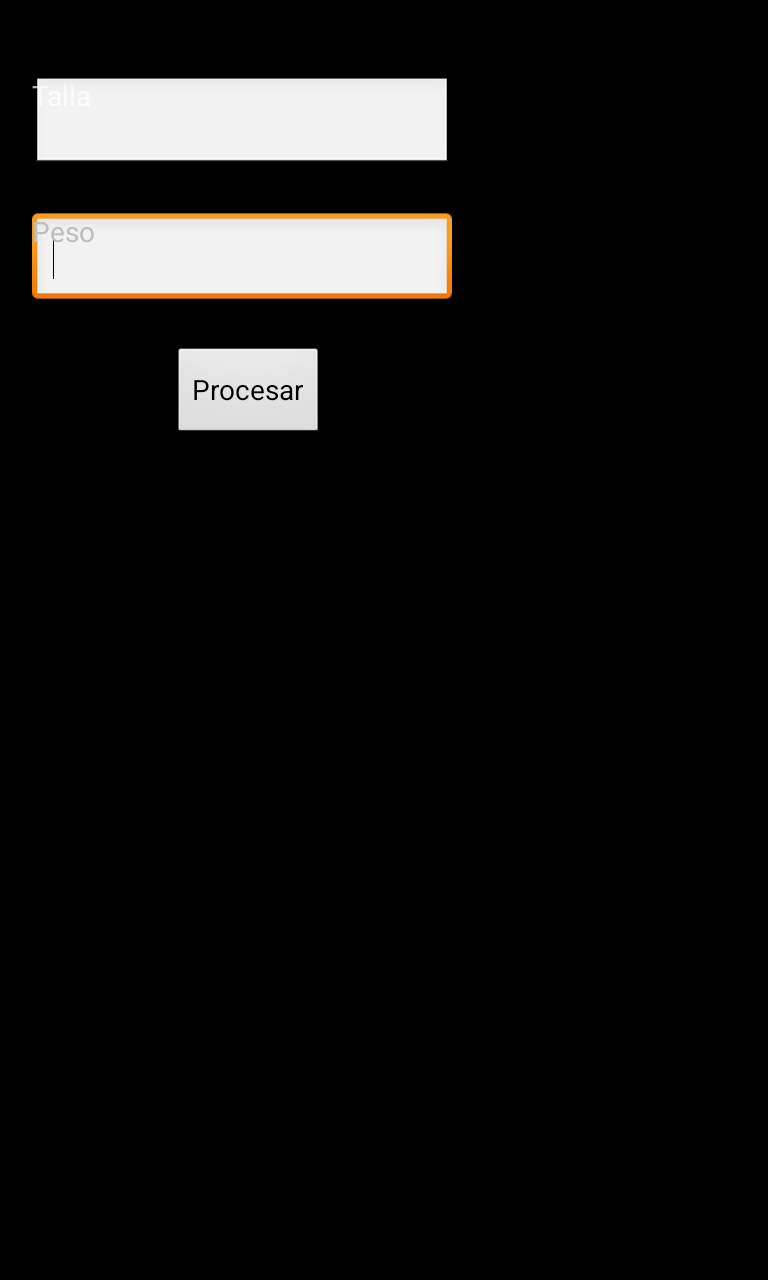
Repository: i1112928/semana02
Layout: semana02/res/layout/activity_pantalla2.xml
These files come from the project's save history. The layout is drawn as it stood at one moment and after the next save; the edit follows.
It is drawn on a 768 x 1280 px phone screen (xhdpi) without system bars, with theme android:Theme; the app's code is not run. Lists and similar views that code fills are empty.

Above is the layout before, as saved 2015-05-31 16:42:26.

After the next save:
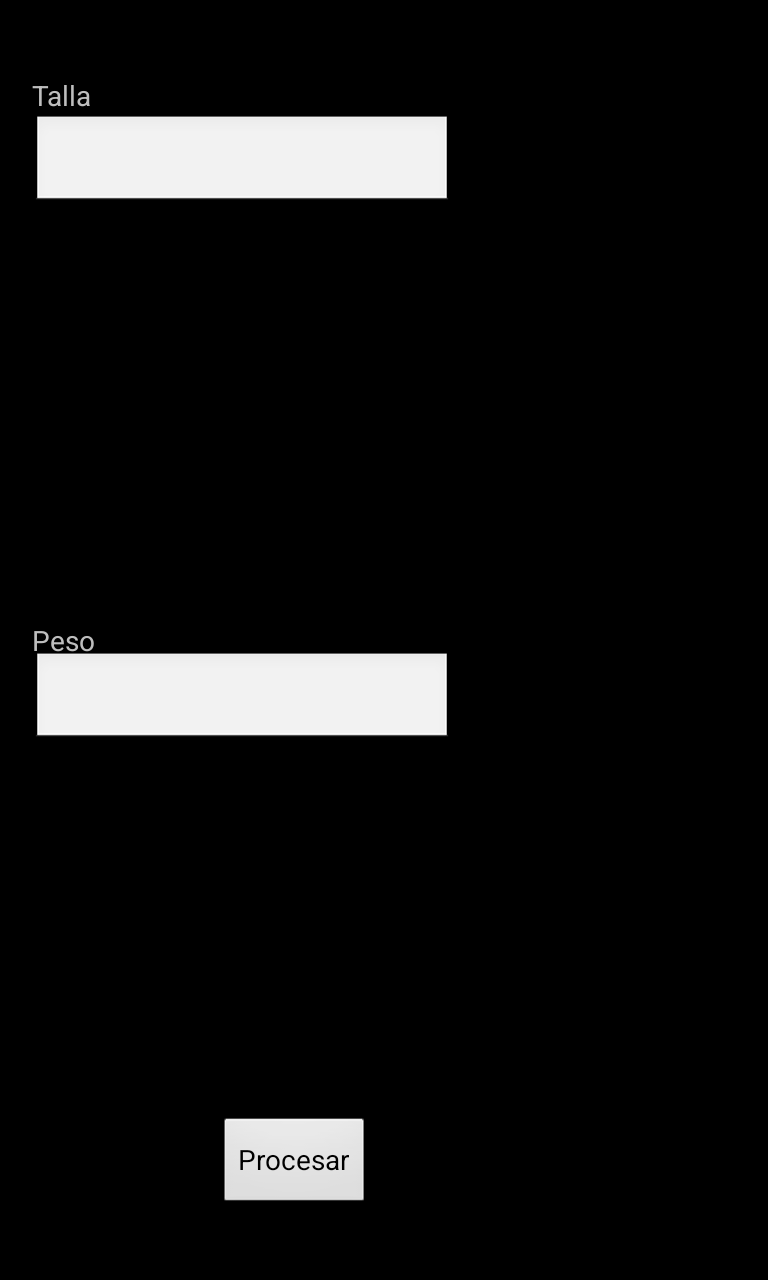
Saved 73 s later.
--- a/semana02/res/layout/activity_pantalla2.xml
+++ b/semana02/res/layout/activity_pantalla2.xml
@@ -15,6 +15,13 @@
         android:layout_centerVertical="true"
         android:layout_marginRight="76dp"
         android:orientation="vertical" >
+
+        <TextView
+            android:id="@+id/txtPeso"
+            android:layout_width="wrap_content"
+            android:layout_height="wrap_content"
+            android:text="@string/etiqueta_peso" />
+
     </LinearLayout>
 
     <GridView
@@ -35,42 +42,31 @@
         android:layout_marginTop="22dp"
         android:text="@string/etiqueta_talla" />
 
-    <Button
-        android:id="@+id/btnProcesar"
+    <EditText
+        android:id="@+id/inputTalla"
         android:layout_width="wrap_content"
         android:layout_height="wrap_content"
-        android:layout_below="@+id/inputPeso"
-        android:layout_marginLeft="38dp"
-        android:layout_marginTop="19dp"
-        android:layout_toRightOf="@+id/txtPeso"
-        android:text="@string/boton_procesar" />
+        android:layout_alignLeft="@+id/txtTalla"
+        android:layout_below="@+id/txtTalla"
+        android:ems="10" />
 
     <EditText
         android:id="@+id/inputPeso"
         android:layout_width="wrap_content"
         android:layout_height="wrap_content"
-        android:layout_alignLeft="@+id/inputTalla"
-        android:layout_below="@+id/inputTalla"
-        android:layout_marginTop="20dp"
-        android:ems="10" >
+        android:layout_alignLeft="@+id/linearLayout1"
+        android:layout_alignTop="@+id/linearLayout1"
+        android:layout_marginTop="15dp"
+        android:ems="10" />
 
-        <requestFocus />
-    </EditText>
-
-    <EditText
-        android:id="@+id/inputTalla"
+    <Button
+        android:id="@+id/btnProcesar"
         android:layout_width="wrap_content"
         android:layout_height="wrap_content"
-        android:layout_alignLeft="@+id/txtTalla"
-        android:layout_alignTop="@+id/txtTalla"
-        android:ems="10" />
-
-    <TextView
-        android:id="@+id/txtPeso"
-        android:layout_width="wrap_content"
-        android:layout_height="wrap_content"
-        android:layout_alignLeft="@+id/inputPeso"
-        android:layout_alignTop="@+id/inputPeso"
-        android:text="@string/etiqueta_peso" />
+        android:layout_alignParentBottom="true"
+        android:layout_alignRight="@+id/inputPeso"
+        android:layout_marginBottom="18dp"
+        android:layout_marginRight="40dp"
+        android:text="@string/boton_procesar" />
 
 </RelativeLayout>
